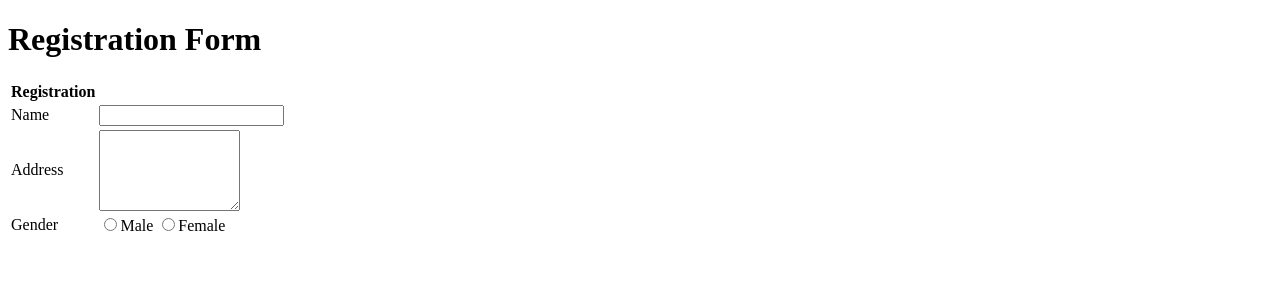
Repository: nsbgit/JavaTutorial
Page: http://localhost/2ndBatch/
An editor plug-in stored every save of this project. The page is shown before and after the next save, followed by the edit.
The browser window is 1280 px wide. The pictures show the whole page.
The page is served by Tomcat 9.

Above is the page before, as saved 2013-12-17 19:33:01.

### Webel Daily Home/J2EE Webel Tutorial Class/2ndBatch/WebContent/1st.jsp
<%@ page language="java" contentType="text/html; charset=ISO-8859-1"
    pageEncoding="ISO-8859-1"%>
<!DOCTYPE html PUBLIC "-//W3C//DTD HTML 4.01 Transitional//EN" "http://www.w3.org/TR/html4/loose.dtd">
<html>
<head>
<meta http-equiv="Content-Type" content="text/html; charset=ISO-8859-1">
<title>Webel Tutorial</title>
</head>
<body>
	<form action="#" method="post">
	<%--
	We have to draw or make a table inside form tag because this tag is required to pass the value into SERVLET
	 --%>
		<table>
		<%--
		Table is created into a row and column manner
		 --%>
			<h1 >Registration Form</h1> <%-- This is for heading of the page --%>

			<tr>
			<%--
			This tag is used for creation of a new row
			 --%>
				<th>Registration</th> <%-- This tag is used for table header --%>
			</tr>

			<tr>
				<td>Name</td> <%-- This tag is for the new column for a particular row --%>
				<td>
					<input type="text">
				</td>
			</tr>

			<tr>
				<td>Address</td>
				<td>
					<textarea rows="5" cols="15"></textarea>
				</td>
			</tr>


			<tr>
				<td>Gender</td>
				<td>
					<input type="radio">Male
					<input type="radio">Female
				</td>
			</tr>



		</table>
	</form>
</body>
</html>

After the next save:
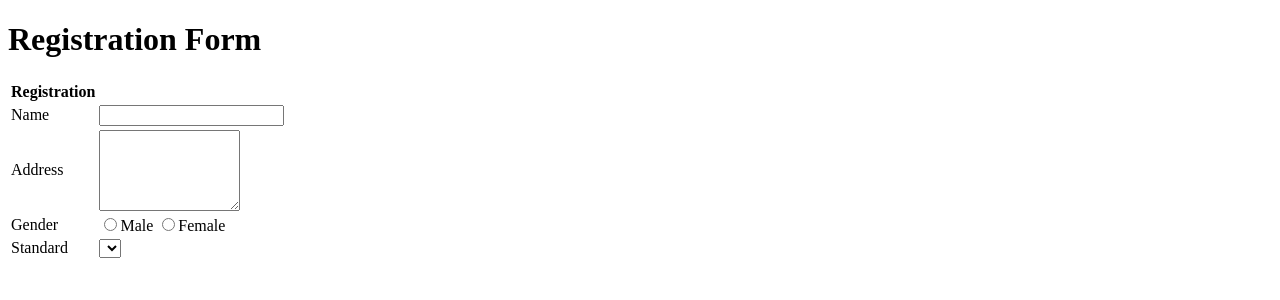
Saved 5 min 11 s later.
--- a/Webel Daily Home/J2EE Webel Tutorial Class/2ndBatch/WebContent/1st.jsp
+++ b/Webel Daily Home/J2EE Webel Tutorial Class/2ndBatch/WebContent/1st.jsp
@@ -47,6 +47,15 @@
 				</td>
 			</tr>
 
+			<tr>
+				<td>Standard</td>
+				<td>
+					<select>
+
+					</select>
+				</td>
+			</tr>
+
 
 
 		</table>
